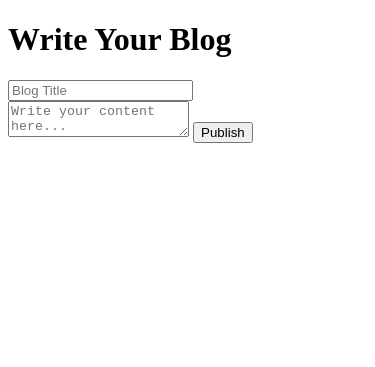
Repository: rizwanahmed2022/YourFees-BlogingApp
Page: post.html
An editor plug-in stored every save of this project. The page is shown before and after the next save, followed by the edit.
The browser window is 375 px wide. The pictures show the whole page.

Above is the page before, as saved 2025-11-09 21:44:36.

After the next save:
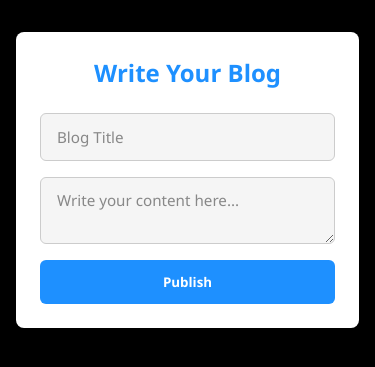
Saved 4 s later.
--- a/post.html
+++ b/post.html
@@ -5,6 +5,117 @@
   <meta name="viewport" content="width=device-width, initial-scale=1.0">
   <title>Write Blog | YourFeed</title>
   <style>
+    :root {
+  --color-primary: #1e90ff;
+  --color-bg: #000000;         /* page background */
+  --color-card-bg: #ffffff;    /* container background */
+  --color-text: #000000;
+  --color-input-bg: #f5f5f5;
+  --color-shadow: rgba(0,0,0,0.4);
+  --color-primary-hover: #0066cc;
+}
+
+* {
+  margin: 0;
+  padding: 0;
+  box-sizing: border-box;
+  font-family: "Segoe UI", Tahoma, Geneva, Verdana, sans-serif;
+}
+
+body {
+  background-color: var(--color-bg);
+  display: flex;
+  justify-content: center;
+  padding: 2rem 1rem;
+}
+
+.blog-container {
+  width: 100%;
+  display: flex;
+  justify-content: center;
+}
+
+.blog-card {
+  background-color: var(--color-card-bg);
+  padding: 2rem 3rem;
+  border-radius: 12px;
+  box-shadow: 0 6px 20px var(--color-shadow);
+  width: 100%;
+  max-width: 900px; /* long width for desktop */
+}
+
+.blog-title {
+  font-size: 2rem;
+  color: var(--color-primary);
+  margin-bottom: 1.5rem;
+  text-align: center;
+}
+
+.blog-form {
+  display: flex;
+  flex-direction: column;
+  gap: 1rem;
+}
+
+.blog-form input, .blog-form textarea {
+  padding: 0.8rem 1rem;
+  border-radius: 6px;
+  border: 1px solid #ccc;
+  background-color: var(--color-input-bg);
+  font-size: 1rem;
+  color: var(--color-text);
+  width: 100%;
+}
+
+.blog-form input::placeholder,
+.blog-form textarea::placeholder {
+  color: #888;
+}
+
+.blog-form input:focus,
+.blog-form textarea:focus {
+  outline: none;
+  border-color: var(--color-primary);
+  box-shadow: 0 0 5px rgba(30,144,255,0.5);
+}
+
+.btn.publish-btn {
+  padding: 0.8rem 1.2rem;
+  border: none;
+  border-radius: 6px;
+  cursor: pointer;
+  font-weight: 600;
+  background-color: var(--color-primary);
+  color: white;
+  transition: background-color 0.2s;
+}
+
+.btn.publish-btn:hover {
+  background-color: var(--color-primary-hover);
+}
+
+/* ======================
+   Responsive for mobile
+====================== */
+@media (max-width: 600px) {
+  .blog-card {
+    padding: 1.5rem 1.5rem;
+    border-radius: 8px;
+    max-width: 100%;
+  }
+
+  .blog-title {
+    font-size: 1.5rem;
+  }
+
+  .blog-form input, .blog-form textarea {
+    font-size: 0.95rem;
+  }
+
+  .btn.publish-btn {
+    width: 100%;
+  }
+}
 
   </style>
 </head>
